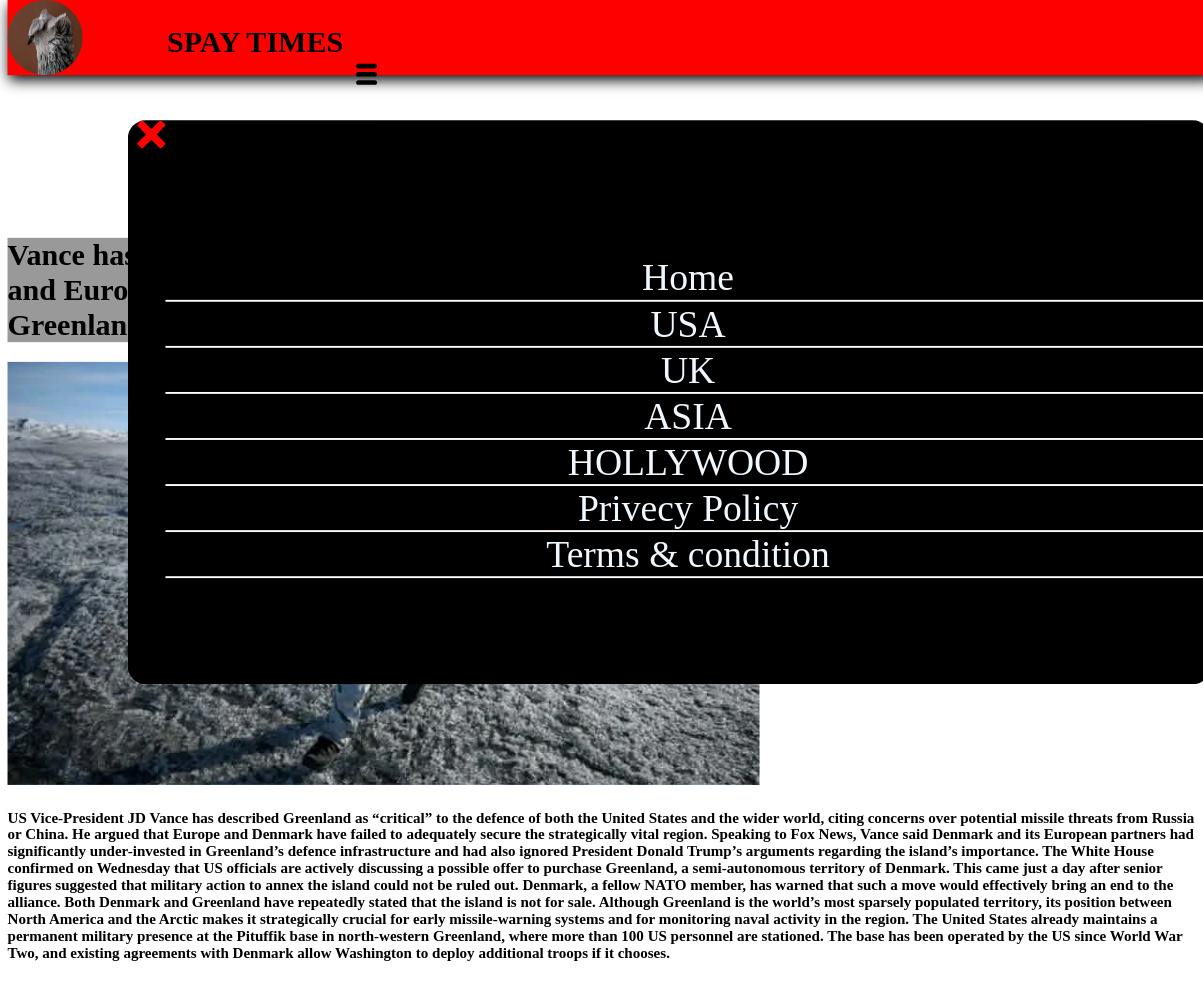
Repository: ridhukhan/spytimes
Page: /, after clicking the first element matching `svg`
These files come from the project's save history. The page is drawn as it stood at one moment and after the next save; the edit follows.
The browser window is 1280 px wide. The pictures show the whole page, at 94% of full size.
The project was rebuilt for these pictures with package versions that can differ from the ones it lists, and the page was loaded fresh each time. Also part of the build but not shown: vite.config.js.

Above is the page before, as saved 2026-01-10 07:28:51.

After the next save:
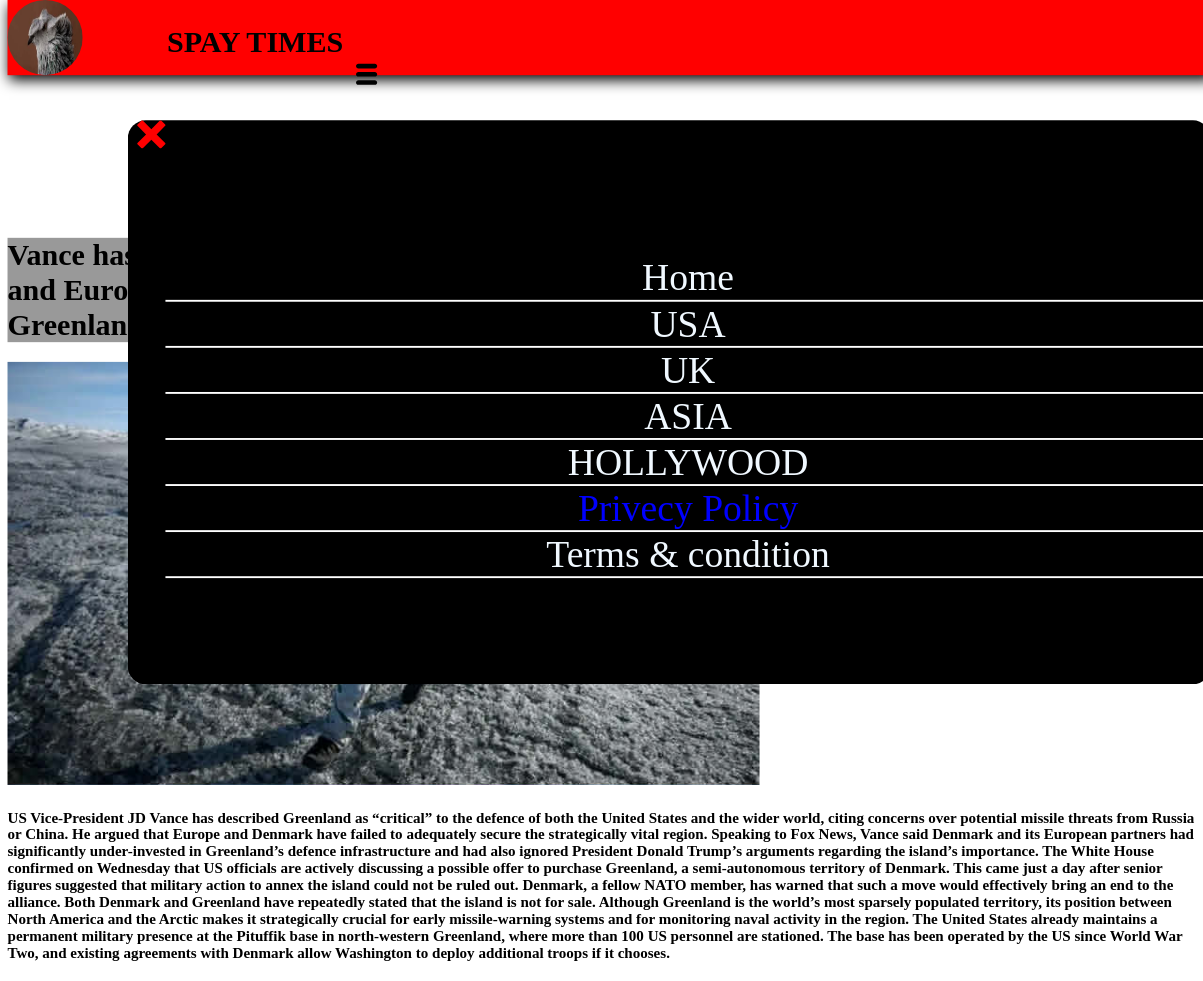
Saved 24 s later.
--- a/src/nav/Navbar.jsx
+++ b/src/nav/Navbar.jsx
@@ -24,7 +24,7 @@ const Navbar = () => {
     <li>UK</li>
     <li>ASIA</li>
     <li>HOLLYWOOD</li>
-    <li>Privecy Policy</li>
+    <li style={{color:"blue"}}>Privecy Policy</li>
     <li>Terms &  condition</li>
 
   </ul>
